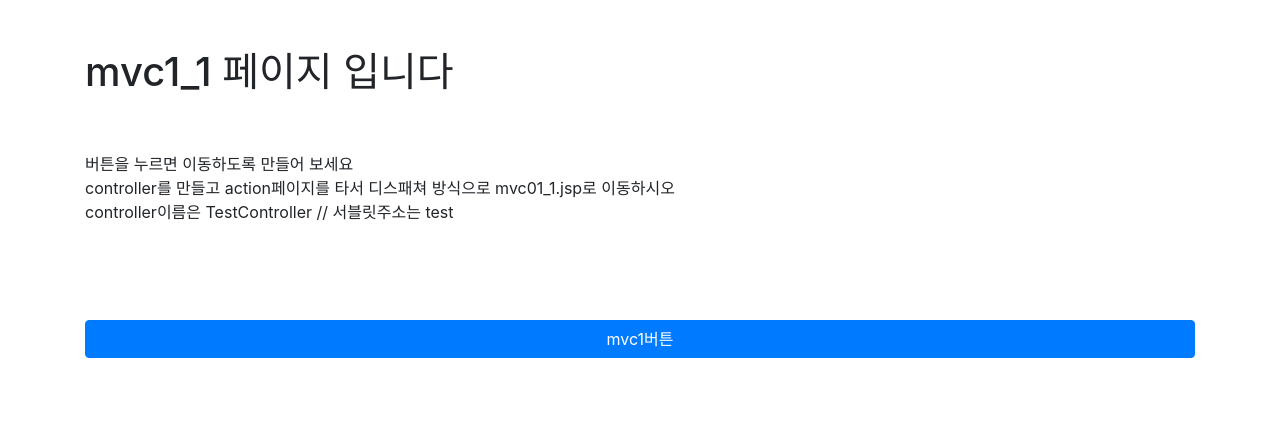
Repository: jaybon1/clone1
Page: http://localhost/sat0613/mvc01_1.jsp
These files come from the project's save history. The page is drawn as it stood at one moment and after the next save; the edit follows.
The browser window is 1280 px wide. The pictures show the whole page.
The page is served by Tomcat 9.

Above is the page before, as saved 2020-06-10 15:39:09.

After the next save:
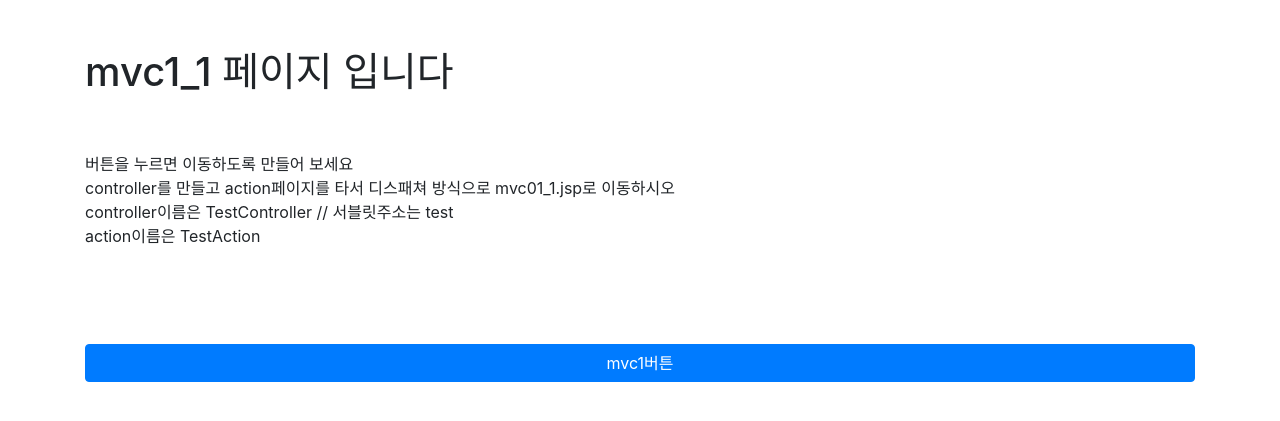
Saved 26 s later.
--- a/sat0613/WebContent/mvc01_1.jsp
+++ b/sat0613/WebContent/mvc01_1.jsp
@@ -19,6 +19,7 @@
 		<div> 버튼을 누르면 이동하도록 만들어 보세요</div>
 		<div> controller를 만들고 action페이지를 타서 디스패쳐 방식으로 mvc01_1.jsp로 이동하시오</div>
 		<div> controller이름은 TestController // 서블릿주소는 test</div>
+		<div> action이름은 TestAction</div>
 		<br/>
 		<br/>
 		<br/>
